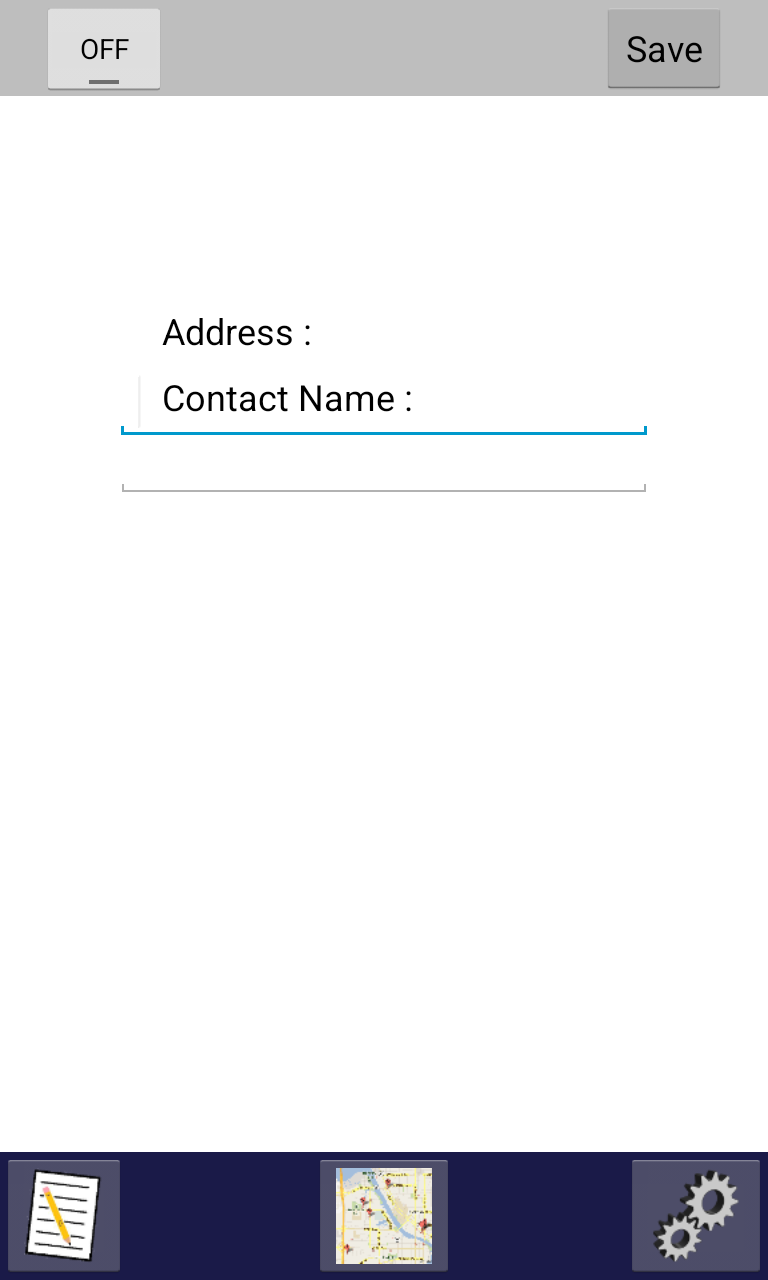
Repository: KarthikDulam/MobileAppDevelopment
Layout: MycontactList/res/layout/activity_contact.xml
An editor plug-in stored every save of this project. The layout is shown before and after the next save, followed by the edit.
It is drawn on a 768 x 1280 px phone screen (xhdpi) without system bars, with theme AppTheme; the app's code is not run.

Above is the layout before, as saved 2016-03-29 23:11:48.

After the next save:
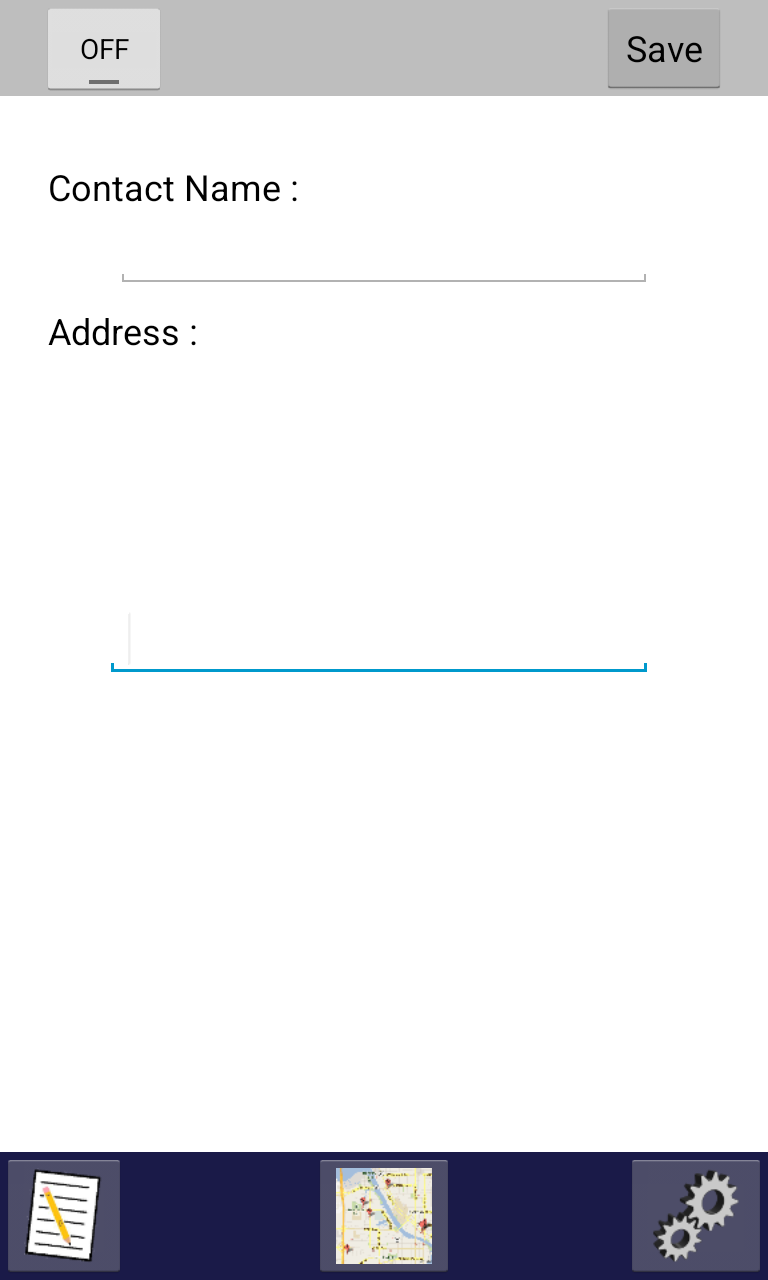
Saved 92 s later.
--- a/MycontactList/res/layout/activity_contact.xml
+++ b/MycontactList/res/layout/activity_contact.xml
@@ -76,8 +76,10 @@
             android:layout_width="match_parent"
             android:layout_height="match_parent"
             android:orientation="vertical" >
+        </RelativeLayout>
+    </ScrollView>
 
-            <TextView
+    <TextView
         android:id="@+id/textView1"
         android:layout_width="wrap_content"
         android:layout_height="wrap_content"
@@ -114,9 +116,5 @@
 
         <requestFocus />
     </EditText>
-        </RelativeLayout>
-    </ScrollView>
-
-
 
 </RelativeLayout>

After the save that followed:
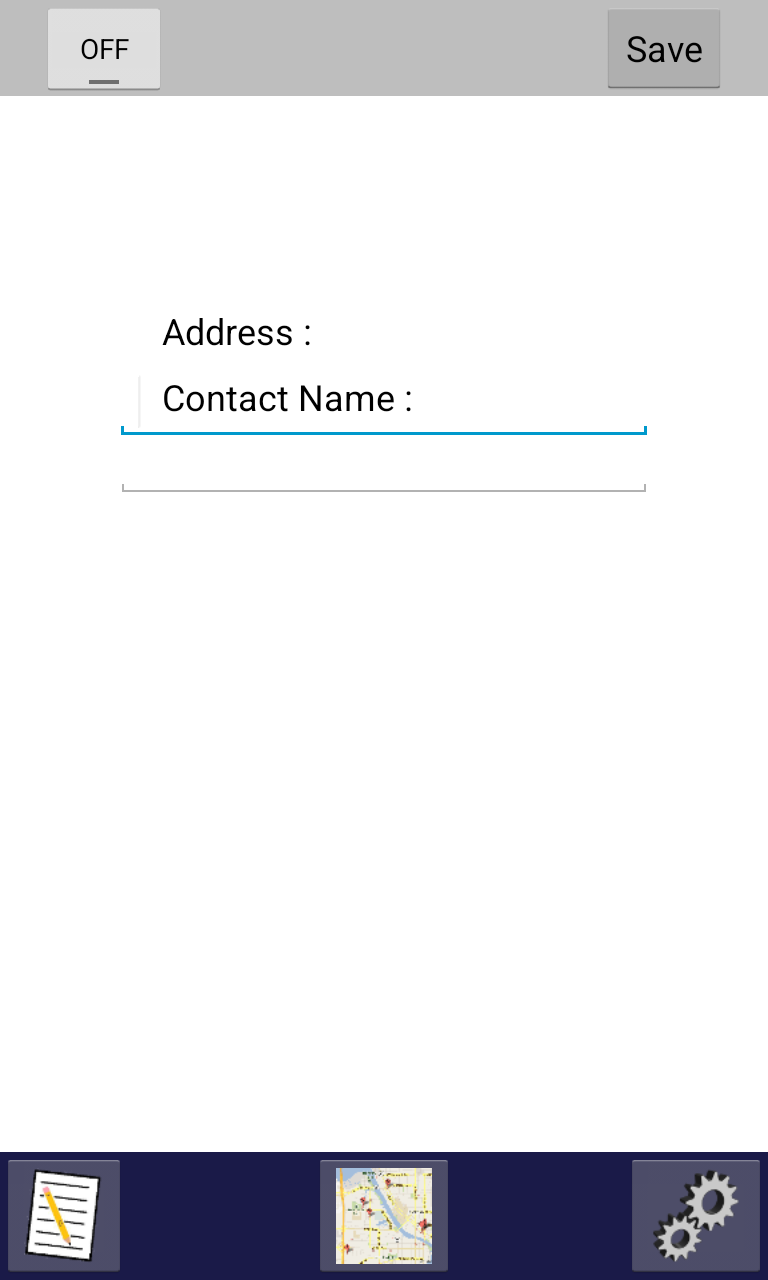
Saved 3 min 42 s later.
--- a/MycontactList/res/layout/activity_contact.xml
+++ b/MycontactList/res/layout/activity_contact.xml
@@ -76,10 +76,8 @@
             android:layout_width="match_parent"
             android:layout_height="match_parent"
             android:orientation="vertical" >
-        </RelativeLayout>
-    </ScrollView>
 
-    <TextView
+            <TextView
         android:id="@+id/textView1"
         android:layout_width="wrap_content"
         android:layout_height="wrap_content"
@@ -116,5 +114,9 @@
 
         <requestFocus />
     </EditText>
+        </RelativeLayout>
+    </ScrollView>
+
+
 
 </RelativeLayout>
